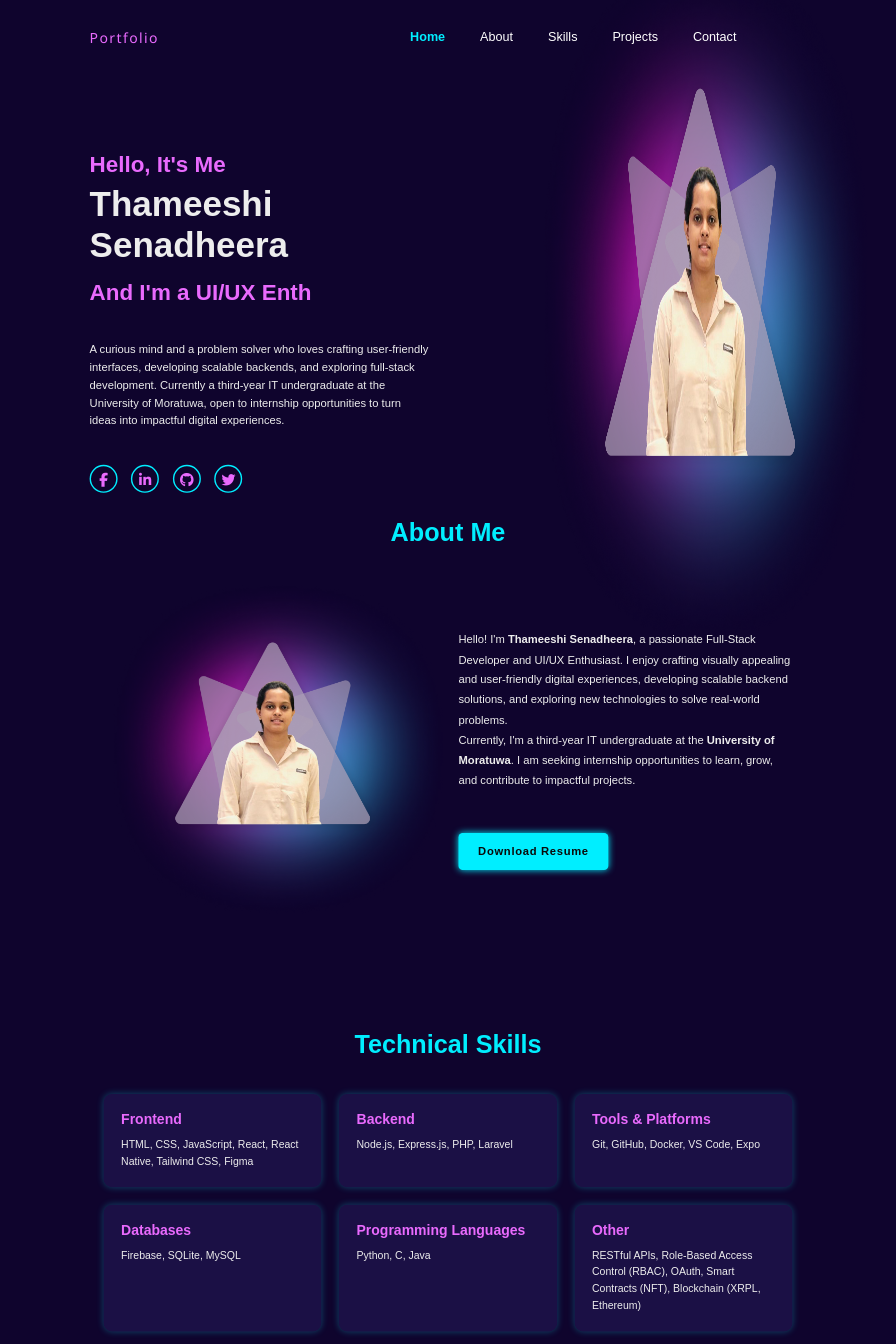
Repository: Thameeshi/portfolio-website
Page: http://localhost/
The author's editor kept a copy of each file at every save. The page is drawn from the files as they stood at one save, then again after the next save.
The browser window is 1280 px wide. The pictures show the part of the page from y = 0 to 1920 px (the page is 3616 px tall), at 70% of full size.
Some web libraries are served in a nearby version. The page is served by the project's Node server (server.js).

Above is the page before, as saved 2025-09-10 11:39:38.

### views/index.ejs
<!DOCTYPE html>
<html lang="en">
<head>
    <meta charset="UTF-8">
    <meta name="viewport" content="width=device-width, initial-scale=1.0">
    <title><%= title || (data.personal.name + ' - Portfolio') %></title>
    <link rel="stylesheet" href="/css/style.css">

    <!-- Font Awesome for icons -->
    <script src="https://kit.fontawesome.com/a076d05399.js" crossorigin="anonymous"></script>

    <!-- SEO Meta Tags -->
    <meta name="description" content="<%= data.personal.name %> - <%= data.personal.title %> specializing in full-stack development, UI/UX design, and modern web technologies.">
    <meta name="keywords" content="full-stack developer, UI/UX, web development, React, Node.js, portfolio, <%= data.personal.name %>">
    <meta name="author" content="<%= data.personal.name %>">
    <meta name="robots" content="index, follow">

    <!-- Open Graph Tags -->
    <meta property="og:title" content="<%= data.personal.name %> - Portfolio">
    <meta property="og:description" content="<%= data.personal.title %> specializing in full-stack development and UI/UX design">
    <meta property="og:type" content="website">
    <meta property="og:url" content="<%= process.env.SITE_URL || '' %>">
    <meta property="og:image" content="/images/home.png">

    <!-- Twitter Card -->
    <meta name="twitter:card" content="summary_large_image">
    <meta name="twitter:title" content="<%= data.personal.name %> - Portfolio">
    <meta name="twitter:description" content="<%= data.personal.title %> specializing in full-stack development and UI/UX design">
    <meta name="twitter:image" content="/images/home.png">

    <!-- Favicon -->
    <link rel="icon" type="image/x-icon" href="/favicon.ico">

    <!-- Preload important resources -->
    <link rel="preload" href="/css/style.css" as="style">
    <link rel="preload" href="/images/home.png" as="image">
</head>

<body>
    <!-- Header -->
    <header class="header" id="header">
        <a href="#home" class="logo">Portfolio</a>

        <nav class="navbar" id="navbar">
            <a href="#home" class="nav-link">Home</a>
            <a href="#about" class="nav-link">About</a>
            <a href="#skills" class="nav-link">Skills</a>
            <a href="#projects" class="nav-link">Projects</a>
            <a href="#contact" class="nav-link">Contact</a>
        </nav>

        <!-- Mobile menu button -->
        <div class="hamburger" id="hamburger">
            <span></span>
            <span></span>
            <span></span>
        </div>
    </header>

    <!-- Home Section -->
    <section class="home" id="home">
        <div class="home-content">
            <h3>Hello, It's Me</h3>
            <h1><%= data.personal.name %></h1>
            <h3>And I'm a <span class="typing" id="typing"></span></h3>
            <p><%= data.personal.description %></p>

            <!-- Social Links -->
            <div class="home-sci">
                <a href="<%= data.social.facebook %>" target="_blank" rel="noopener noreferrer" aria-label="Facebook">
                    <i class="fab fa-facebook-f"></i>
                </a>
                <a href="<%= data.social.linkedin %>" target="_blank" rel="noopener noreferrer" aria-label="LinkedIn">
                    <i class="fab fa-linkedin-in"></i>
                </a>
                <a href="<%= data.social.github %>" target="_blank" rel="noopener noreferrer" aria-label="GitHub">
                    <i class="fab fa-github"></i>
                </a>
                <a href="<%= data.social.twitter %>" target="_blank" rel="noopener noreferrer" aria-label="Twitter">
                    <i class="fab fa-twitter"></i>
                </a>
            </div>
        </div>

        <!-- Right side: Image -->
        <div class="image">
            <img src="/images/home.png" alt="<%= data.personal.name %> - Profile Picture" loading="eager">
        </div>
    </section>

    <!-- About Section -->
    <section class="about" id="about">
        <div class="container">
            <h2>About Me</h2>
            <div class="about-content">
                <div class="about-text">
                    <p>
                        Hello! I'm <strong><%= data.personal.name %></strong>, a passionate <%= data.personal.title %> and UI/UX Enthusiast.
                        I enjoy crafting visually appealing and user-friendly digital experiences, developing scalable backend solutions,
                        and exploring new technologies to solve real-world problems.
                    </p>
                    <p>
                        Currently, I'm a third-year IT undergraduate at the <strong><%= data.personal.university %></strong>.
                        I am seeking internship opportunities to learn, grow, and contribute to impactful projects.
                    </p>
                    <div class="download">
                        <a href="<%= data.personal.resumeLink %>" class="btn-box" target="_blank" rel="noopener noreferrer">
                            Download Resume
                        </a>
                    </div>
                </div>
                <div class="about-image">
                    <img src="/images/home.png" alt="About <%= data.personal.name %>" loading="lazy">
                </div>
            </div>
        </div>
    </section>

    <!-- Skills Section -->
    <section class="skills" id="skills">
        <div class="container">
            <h2>Technical Skills</h2>
            <div class="skills-grid">
                <% data.skills.forEach(skill => { %>
                    <div class="skill-card">
                        <h3><%= skill.category %></h3>
                        <p><%= skill.technologies %></p>
                    </div>
                <% }); %>
            </div>
        </div>
    </section>

    <!-- Projects Section -->
    <section class="projects" id="projects">
        <div class="container">
            <h2>Featured Project</h2>
            <div class="project-showcase">
                <div class="project-card">
                    <div class="project-image-container">
                        <div class="project-images">
                            <% data.project.images.forEach((image, index) => { %>
                                <img src="/images/<%= image %>"
                                     alt="<%= data.project.title %> Screenshot <%= index + 1 %>"
                                     class="project-img <%= index === 0 ? 'active' : '' %>"
                                     loading="<%= index === 0 ? 'eager' : 'lazy' %>">
                            <% }); %>
                        </div>
                        <div class="image-nav">
                            <% data.project.images.forEach((image, index) => { %>
                                <button class="nav-dot <%= index === 0 ? 'active' : '' %>"
                                        onclick="showImage(<%= index %>)"
                                        aria-label="Show image <%= index + 1 %>"></button>
                            <% }); %>
                        </div>
                        <div class="project-overlay">
                            <div class="project-links">
                                <a href="<%= data.project.githubLink %>"
                                   class="project-link"
                                   target="_blank"
                                   rel="noopener noreferrer"
                                   aria-label="View source code">
                                    <i class="fab fa-github"></i>
                                </a>
                                <a href="<%= data.project.liveLink %>"
                                   class="project-link"
                                   target="_blank"
                                   rel="noopener noreferrer"
                                   aria-label="View live demo">
                                    <i class="fas fa-external-link-alt"></i>
                                </a>
                            </div>
                        </div>
                    </div>
                    <div class="project-info">
                        <h3><%= data.project.title %></h3>
                        <p><%= data.project.description %></p>
                        <div class="project-features">
                            <% data.project.features.forEach(feature => { %>
                                <div class="feature">
                                    <i class="fas fa-check-circle"></i>
                                    <span><%= feature %></span>
                                </div>
                            <% }); %>
                        </div>
                        <div class="project-tech">
                            <% data.project.technologies.forEach(tech => { %>
                                <span><%= tech %></span>
                            <% }); %>
                        </div>
                    </div>
                </div>
            </div>
        </div>
    </section>

    <!-- Contact Section -->
    <section class="contact" id="contact">
        <div class="container">
            <h2>Get In Touch</h2>
            <p>I'm always open to discussing new opportunities and interesting projects.</p>

            <div class="contact-content">
                <div class="contact-info">
                    <div class="contact-item">
                        <i class="fas fa-envelope"></i>
                        <h3>Email</h3>
                        <p><%= data.personal.email %></p>
                    </div>
                    <div class="contact-item">
                        <i class="fas fa-phone"></i>
                        <h3>Phone</h3>
                        <p><%= data.personal.phone %></p>
                    </div>
                    <div class="contact-item">
                        <i class="fas fa-map-marker-alt"></i>
                        <h3>Location</h3>
                        <p><%= data.personal.location %></p>
                    </div>
                </div>

                <form class="contact-form" id="contactForm">
                    <div class="form-group">
                        <input type="text"
                               id="name"
                               name="name"
                               placeholder="Your Name"
                               required
                               maxlength="50"
                               pattern="[A-Za-z\s]+"
                               title="Name should only contain letters and spaces">
                    </div>
                    <div class="form-group">
                        <input type="email"
                               id="email"
                               name="email"
                               placeholder="Your Email"
                               required
                               maxlength="100">
                    </div>
                    <div class="form-group">
                        <input type="text"
                               id="subject"
                               name="subject"
                               placeholder="Subject"
                               required
                               maxlength="100">
                    </div>
                    <div class="form-group">
                        <textarea id="message"
                                  name="message"
                                  placeholder="Your Message"
                                  rows="5"
                                  required
                                  minlength="10"
                                  maxlength="1000"></textarea>
                    </div>
                    <button type="submit" class="btn-box">
                        <span class="btn-text">Send Message</span>
                        <span class="btn-loading" style="display: none;">Sending...</span>
                    </button>
                </form>
            </div>
        </div>
    </section>

    <!-- Footer -->
    <footer class="footer">
        <div class="container">
            <p>&copy; <%= currentYear %> <%= data.personal.name %>. All rights reserved.</p>
        </div>
    </footer>

    <!-- Loading overlay -->
    <div class="loading-overlay" id="loadingOverlay">
        <div class="loading-spinner"></div>
    </div>

    <!-- Scripts -->
    <script src="/js/main.js"></script>

    <!-- Typing Effect -->
    <script>
        // Typing effect with data from server
        const typingText = document.getElementById('typing');
        const words = <%- JSON.stringify(data.personal.roles) %>;
        let wordIndex = 0;
        let charIndex = 0;
        let isDeleting = false;

        function typeEffect() {
            if (!typingText || words.length === 0) return;

            const currentWord = words[wordIndex];
            const currentText = currentWord.substring(0, charIndex);
            typingText.textContent = currentText;

            if (!isDeleting && charIndex < currentWord.length) {
                charIndex++;
                setTimeout(typeEffect, 100);
            } else if (isDeleting && charIndex > 0) {
                charIndex--;
                setTimeout(typeEffect, 60);
            } else {
                isDeleting = !isDeleting;
                if (!isDeleting) wordIndex = (wordIndex + 1) % words.length;
                setTimeout(typeEffect, 800);
            }
        }

        // Start typing effect when page loads
        document.addEventListener('DOMContentLoaded', () => {
            setTimeout(typeEffect, 500);
        });
    </script>

    <!-- Structured Data for SEO -->
    <script type="application/ld+json">
    {
        "@context": "https://schema.org",
        "@type": "Person",
        "name": "<%= data.personal.name %>",
        "jobTitle": "<%= data.personal.title %>",
        "description": "<%= data.personal.description.replace(/\n/g, ' ').substring(0, 150) %>",
        "url": "<%= process.env.SITE_URL || '' %>",
        "sameAs": [
            "<%= data.social.linkedin %>",
            "<%= data.social.github %>",
            "<%= data.social.twitter %>"
        ],
        "email": "<%= data.personal.email %>",
        "telephone": "<%= data.personal.phone %>",
        "address": {
            "@type": "PostalAddress",
            "addressLocality": "<%= data.personal.location %>"
        },
        "alumniOf": {
            "@type": "EducationalOrganization",
            "name": "<%= data.personal.university %>"
        },
        "knowsAbout": [
            "Full-Stack Development",
            "UI/UX Design",
            "JavaScript",
            "React",
            "Node.js",
            "Web Development"
        ]
    }
    </script>
</body>
</html>

Loaded but not shown: public/js/main.js (628 lines, source omitted); server.js (274 lines, source omitted); public/css/style.css (770 lines, source omitted)

After the next save:
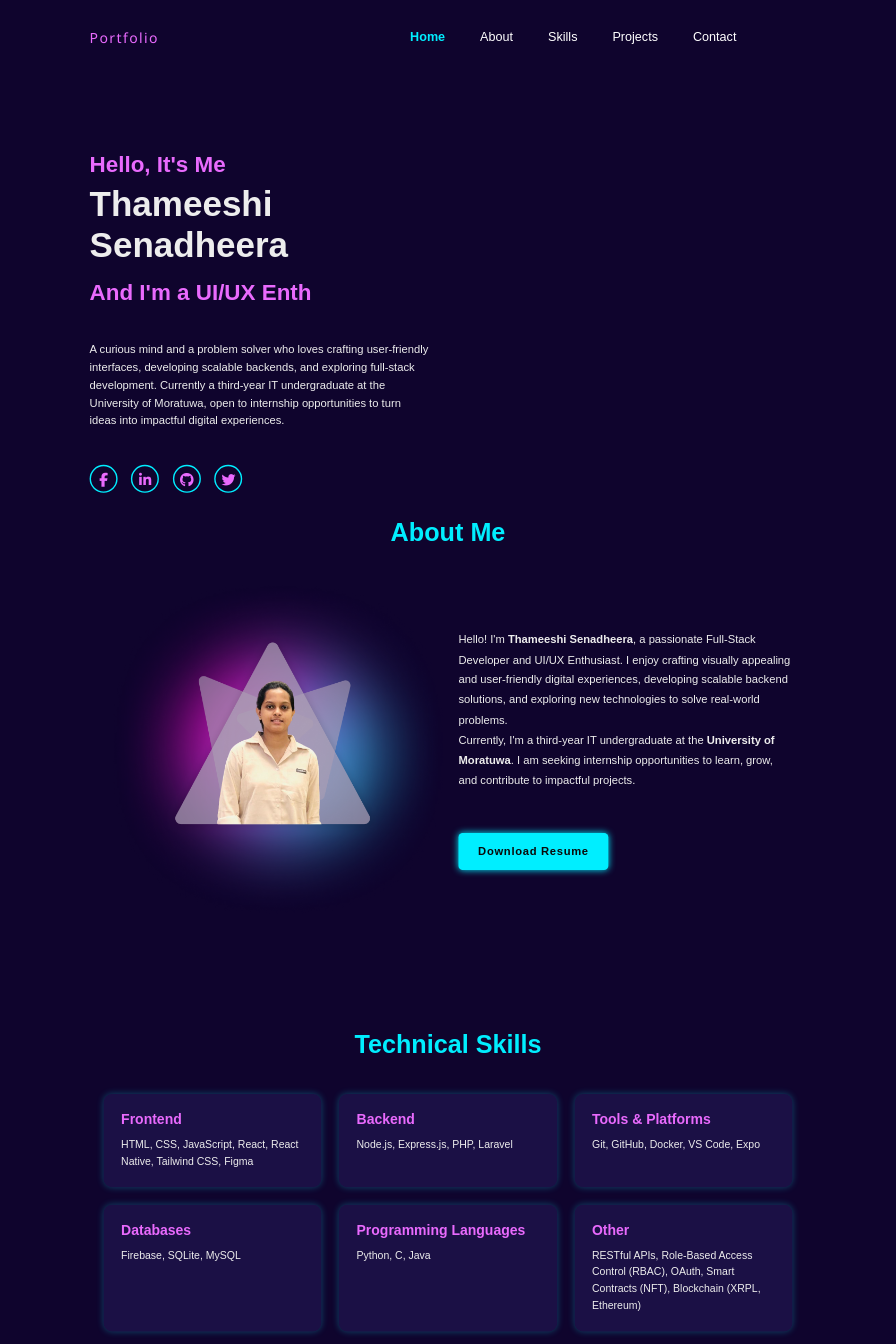
Saved 68 s later.
--- a/views/index.ejs
+++ b/views/index.ejs
@@ -83,8 +83,7 @@
         </div>
 
         <!-- Right side: Image -->
-        <div class="image">
-            <img src="/images/home.png" alt="<%= data.personal.name %> - Profile Picture" loading="eager">
+            <div class="image" img src="/images/home.png" alt="<%= data.personal.name %> - Profile Picture" loading="eager">
         </div>
     </section>
 
